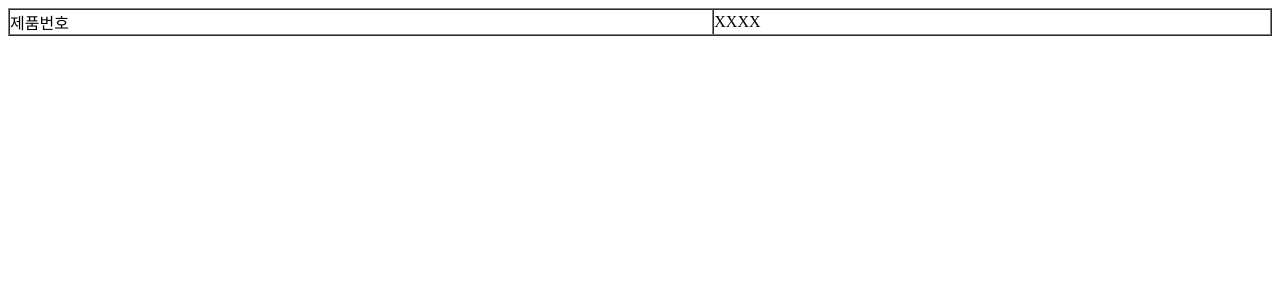
Repository: sgnq008-tech/JSP
Page: http://localhost/WebProject/temp/template/info_view.jsp
The author's editor kept a copy of each file at every save. The page is drawn from the files as they stood at one save, then again after the next save.
The browser window is 1280 px wide. The pictures show the whole page.
The page is served by Tomcat 9.

Above is the page before, as saved 2026-09-11 03:42:52.

After the next save:
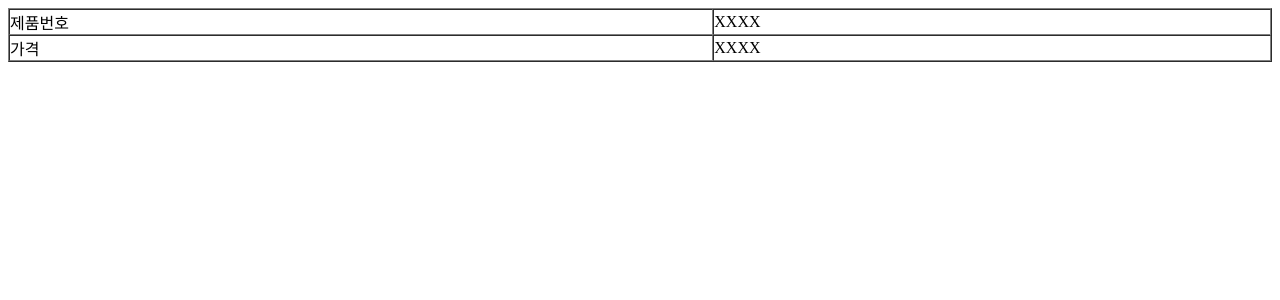
Saved 15 s later.
--- a/jsp_workspace/WebProject/src/main/webapp/temp/template/info_view.jsp
+++ b/jsp_workspace/WebProject/src/main/webapp/temp/template/info_view.jsp
@@ -11,6 +11,9 @@
           <tr>
                    <td>제품번호</td> <td>XXXX</td>
           </tr>
+          <tr>
+                   <td>가격</td> <td>XXXX</td>
+          </tr>
 </table>
 
 </body>
